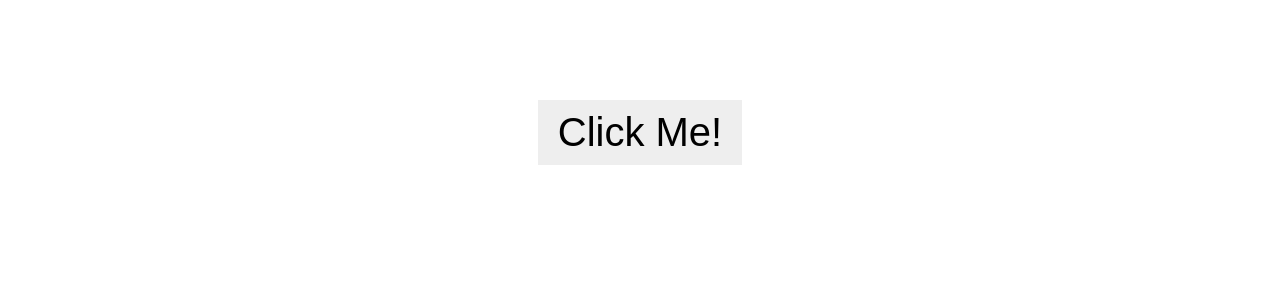
Repository: sayco/CSS-Front-End-Tutorials---Elzero
Page: 4-Create Tooltip In All Positions/index.html
The author's editor kept a copy of each file at every save. The page is drawn from the files as they stood at one save, then again after the next save.
The browser window is 1280 px wide. The pictures show the whole page.
The pointer rests on the first visible `button`.

Above is the page before, as saved 2021-06-14 23:41:58.

### 4-Create Tooltip In All Positions/index.html
<!DOCTYPE html>
<html lang="en">
<head>
    <meta charset="UTF-8">
    <meta http-equiv="X-UA-Compatible" content="IE=edge">
    <meta name="viewport" content="width=device-width, initial-scale=1.0">
    <title>Create Tooltip In All Positions</title>
    <link rel="stylesheet" href="style.css">
</head>
<body>
    <button>
        Click Me!
        <span>This is the most valuable button</span>
    </button>
</body>
</html>

### 4-Create Tooltip In All Positions/style.css
*
{
    box-sizing: border-box;
    margin: 0px;
    padding: 0px;
}

body
{
    font-family: Arial, Helvetica, sans-serif;
    line-height: 1.4;
}

button
{
    margin: 100px auto;
    padding: 10px 20px;
    display: block;
    background-color: #eee;
    border: none;
    cursor: pointer;
    position: relative;
    font-size: 40px;
    overflow: hidden;
}

button span
{
    background-color: #333;
    color: white;
    position: absolute;
    left: 50%;
    transform: translateX(-50%);
    font-size: 18px;
    min-width: 240px;
    padding: 10px 15px;
    top: -80px;
    transition: .6s;
    /* opacity: 0; */
}

button:hover
{
    overflow: hidden;
}

After the next save:
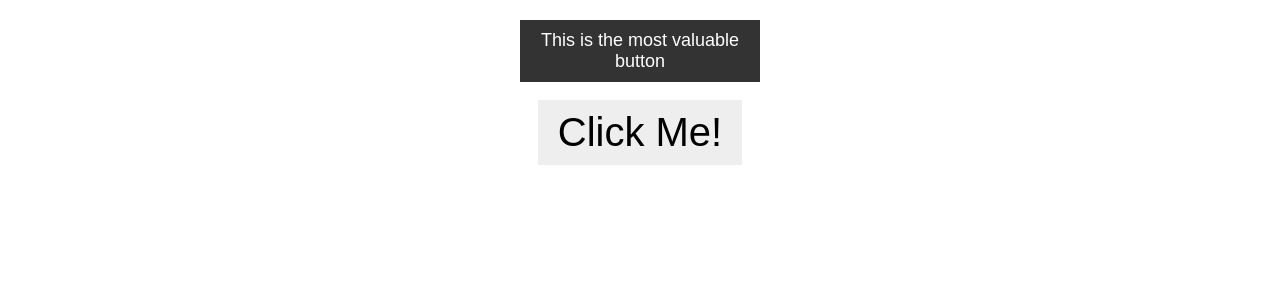
Saved 7 s later.
--- a/4-Create Tooltip In All Positions/style.css
+++ b/4-Create Tooltip In All Positions/style.css
@@ -41,5 +41,5 @@ button span
 
 button:hover
 {
-    overflow: hidden;
+    overflow: visible;
 }
